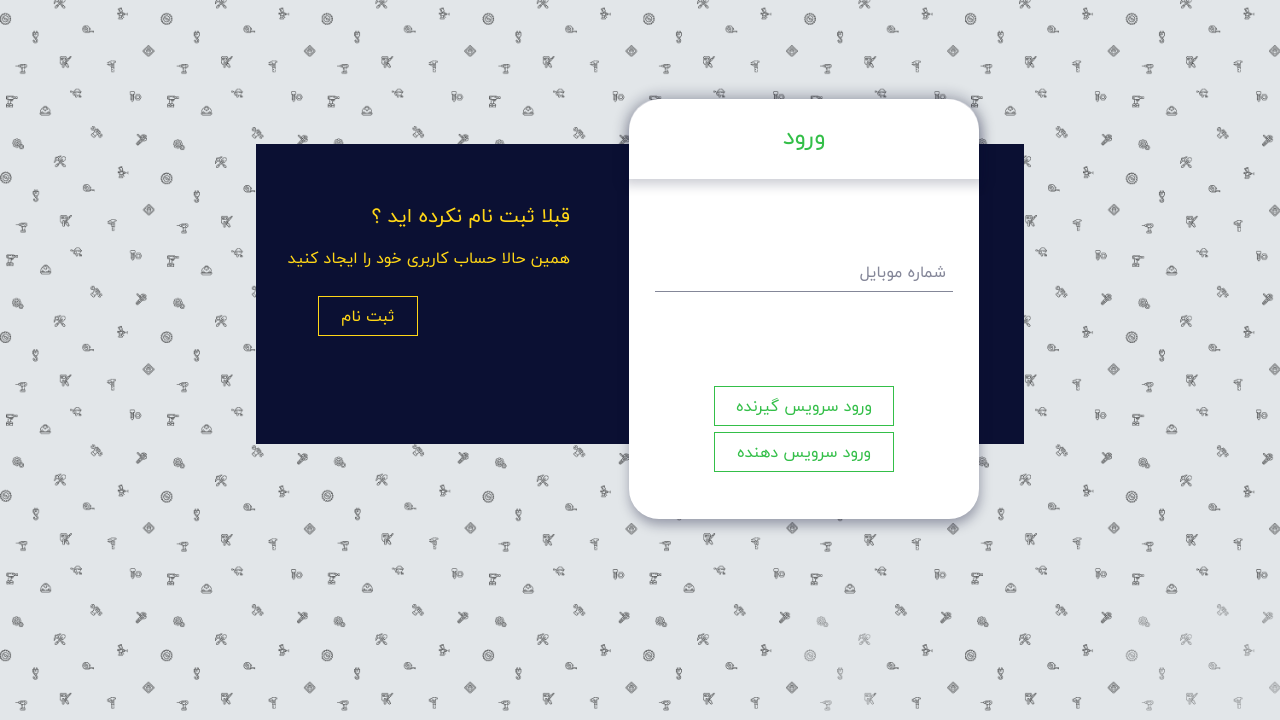
Repository: nightwolf-041/pisheyar-panel-user
Page: /
An editor plug-in stored every save of this project. The page is shown before and after the next save, followed by the edit.
The browser window is 1280 px wide. The pictures show the whole page.
The page's requests for data from a server got no answer. The project was rebuilt for these pictures with package versions that can differ from the ones it lists, and the page was loaded fresh each time. No one was signed in, and anything a server would have sent is missing. Also part of the build but not shown: src/components/login/RegisterBoxSteps.jsx.

Above is the page before, as saved 2020-05-20 11:53:37.

### src/index.css
@font-face {
    font-family: Yekan;
    src: url('./assets/fonts/iran-yekan/iranyekan.woff')
}

*,
* * {
    font-family: Yekan !important;
}

body {
    margin: 0 auto;
    font-family: Yekan !important;
    overflow-x: hidden !important;
    overflow-y: hidden !important;
}

code {
    font-family: source-code-pro, Menlo, Monaco, Consolas, 'Courier New', monospace;
}

### src/App.css
@font-face {
    font-family: Yekan;
    src: url('./assets/fonts/iran-yekan/iranyekan.woff')
}

*,
* * {
    font-family: Yekan !important;
}

.Toastify__toast-body {
    text-align: right !important;
}

.react-code-input input {
    padding: 0 !important;
    text-align: center !important;
    font-size: 1.2rem !important;
}

.lds-dual-ring {
    display: flex;
    justify-content: center;
    align-items: center;
    width: 150px;
    height: 150px;
    position: fixed;
    top: 30%;
    left: calc(50% - 75px);
    transform: translateZ(0);
    -webkit-transform: translateZ(0);
    -ms-transform: translateZ(0);
    -o-transform: translateZ(0);
}

.lds-dual-ring:after {
    content: " ";
    display: block;
    width: 64px;
    height: 64px;
    margin: 8px;
    border-radius: 50%;
    border: 6px solid #fff;
    border-color: #0b1033 transparent #ffd617 transparent;
    animation: lds-dual-ring 1.2s linear infinite;
    -webkit-animation: lds-dual-ring 1.2s linear infinite;
    -moz-animation: lds-dual-ring 1.2s linear infinite;
    -o-animation: lds-dual-ring 1.2s linear infinite;
}

@keyframes lds-dual-ring {
    0% {
        transform: rotate(0deg);
    }
    100% {
        transform: rotate(360deg);
    }
}

@-webkit-keyframes lds-dual-ring {
    0% {
        transform: rotate(0deg);
    }
    100% {
        transform: rotate(360deg);
    }
}

@-moz-keyframes lds-dual-ring {
    0% {
        transform: rotate(0deg);
    }
    100% {
        transform: rotate(360deg);
    }
}

@-o-keyframes lds-dual-ring {
    0% {
        transform: rotate(0deg);
    }
    100% {
        transform: rotate(360deg);
    }
}

### src/components/login/login.module.css
button:disabled {
    cursor: no-drop !important;
}

button {
    cursor: pointer;
}

::placeholder {
    color: rgba(11, 16, 51, 0.5);
}

.loginKeeper {
    position: relative;
    width: 100%;
    height: 100vh;
    background-color: #1730491f;
    background-image: url('../../assets/images/WideBackgroundFooter.svg');
    background-position: center;
    background-size: cover;
    display: flex;
    justify-content: center;
    align-items: center;
    overflow: hidden;
}

.loginPageMain {
    position: relative;
    width: 100vw;
    height: 100vh;
}

.loginRegisterSwitch {
    position: relative;
    top: 20%;
    width: 60%;
    max-width: 900px;
    display: block;
    margin-right: auto;
    margin-left: auto;
    height: 300px;
    background-color: #0b1033 !important;
    transition: 0.4s all ease;
}

.registerSideBox {
    position: absolute;
    top: 20%;
    left: 0;
    width: 360px;
    opacity: 1;
    transition: 1s opacity ease;
}

.registerSideBoxHidden {
    position: absolute;
    top: 20%;
    left: 0;
    width: 360px;
    opacity: 0;
    transition: 0.6s opacity ease;
}

.registerboxHead {
    text-align: right;
    color: #ffd617;
    padding-bottom: 10px;
}

.registerboxDesc {
    text-align: right;
    color: #ffd617;
}

.registerboxButton {
    position: absolute;
    left: 30%;
    margin-top: 10px;
    width: 100px;
    padding: 7px 15px;
    color: #ffd617;
    background: none;
    outline: none;
    border: 1px solid #ffd617;
    transition: 0.3s all ease;
}

.registerboxButton:before {
    position: absolute;
    top: 0;
    right: 0;
    width: 0;
    height: 100%;
    background-color: #ffd617;
    content: '';
    transition: 0.3s all ease;
}

.registerboxButton:hover {
    color: #0b1033 !important;
    z-index: 1 !important;
}

.registerboxButton:hover:before {
    width: 100%;
    z-index: -1;
}

.loginSideBox {
    position: absolute;
    top: 20%;
    right: 10%;
    width: 360px;
    opacity: 1;
    transition: 0.6s opacity ease;
}

.loginSideBoxHidden {
    position: absolute;
    top: 20%;
    right: 10%;
    width: 360px;
    opacity: 0;
    transition: 0.6s opacity ease;
}

.loginboxHead {
    text-align: right;
    color: #ffd617;
    padding-bottom: 10px;
}

.loginboxDesc {
    text-align: right;
    color: #ffd617;
}

.loginboxButton {
    position: absolute;
    right: 5%;
    width: 100px;
    margin-top: 10px;
    padding: 7px 15px;
    color: #ffd617;
    background: none;
    outline: none;
    border: 1px solid #ffd617;
    transition: 0.3s all ease;
}

.loginboxButton:before {
    position: absolute;
    top: 0;
    left: 0;
    width: 0;
    height: 100%;
    background-color: #ffd617;
    content: '';
    transition: 0.3s all ease;
}

.loginboxButton:hover {
    color: #0b1033 !important;
    z-index: 1 !important;
}

.loginboxButton:hover:before {
    width: 100%;
    z-index: -1;
}

.loginRegisterLoginBox {
    transition: 0.5s all ease;
    position: absolute;
    top: -15%;
    right: 45px;
    width: 350px;
    height: 420px;
    background-color: #fff;
    border-radius: 30px;
    box-shadow: 1px 6px 12px #0b103357;
}

.loginRegisterLoginHead {
    position: absolute;
    top: 0;
    width: 100%;
    height: 5rem;
    padding-top: 1.5rem;
    box-shadow: 0 0 12px 6px rgba(11, 16, 51, 0.2);
    display: flex;
    justify-content: center;
    border-top-left-radius: 2rem;
    border-top-right-radius: 2rem;
    color: #34bf49;
}

.loginRegisterLoginForm {
    position: absolute;
    top: 30%;
    width: 100%;
    height: 115px;
    display: flex;
    flex-direction: column;
    justify-content: center;
    align-content: center;
    align-items: center;
}

.loginRegisterLoginPhoneNumber,
.loginRegisterLoginPhoneNumberInvalid {
    width: 85%;
    padding: 7px 7px;
    margin-bottom: 20px;
    border: none;
    outline: none;
    direction: rtl;
}

.loginRegisterLoginPhoneNumber {
    border-bottom: 1px solid rgba(11, 16, 51, 0.5);
}

.loginRegisterLoginPhoneNumberInvalid {
    border-bottom: 1px solid #e57373;
}

.loginRegisterLoginPhoneNumber:focus::placeholder,
.loginRegisterLoginPhoneNumberInvalid:focus::placeholder {
    visibility: hidden;
}

.loginMobileErrorSpan {
    margin-top: -12px;
    padding-right: 15px;
    font-size: 13px;
    color: #f44336;
    width: 94%;
    display: flex;
    justify-content: flex-end;
}

.loginRegisterLoginButton {
    position: absolute;
    top: 180%;
    right: calc(50% - 90px);
    padding: 7px 15px;
    width: 180px;
    background: none;
    outline: none;
    color: #34bf49;
    border: 1px solid #34bf49;
}

.loginRegisterLoginButtonByer {
    position: absolute;
    top: 140%;
    left: calc(50% - 90px);
    padding: 7px 15px;
    width: 180px;
    background: none;
    outline: none;
    color: #34bf49;
    border: 1px solid #34bf49;
}

.loginRegisterLoginButtonByer::before,
.loginRegisterLoginButton::before {
    position: absolute;
    top: 0;
    left: 0;
    width: 100%;
    height: 0;
    background-color: #34bf49;
    content: '';
    transition: 0.3s all ease;
}

.loginRegisterLoginButtonByer:hover,
.loginRegisterLoginButton:hover {
    color: #fff !important;
    z-index: 1 !important;
}

.loginRegisterLoginButtonByer:hover::before,
.loginRegisterLoginButton:hover::before {
    height: 100%;
    z-index: -1;
}

.loginRegisterRegisterBox {
    transition: 0.5s all ease;
    position: absolute;
    top: -30%;
    right: calc(100% - 400px);
    width: 350px;
    height: 530px;
    background-color: #fff;
    border-radius: 30px;
    box-shadow: 1px 6px 12px #0b103357;
    margin-bottom: 1rem;
    margin-top: 1rem;
}

.loginRegisterRegisterBoxMinHeight {
    transition: 0.5s all ease;
    position: absolute;
    top: -15%;
    right: calc(100% - 400px);
    width: 350px;
    height: 420px;
    background-color: #fff;
    border-radius: 30px;
    box-shadow: 1px 6px 12px #0b103357;
    margin-bottom: 1rem;
    margin-top: 1rem;
}

.loginRegisterRegisterHead {
    position: absolute;
    top: 0;
    width: 100%;
    height: 5rem;
    padding-top: 2rem;
    box-shadow: 0 1px 12px 6px rgba(3, 3, 5, 0.2);
    display: flex;
    justify-content: center;
    border-top-left-radius: 2rem;
    border-top-right-radius: 2rem;
    color: #34bf49;
}

.loginRegisterRegisterForm {
    position: absolute;
    top: 25%;
    width: 100%;
    height: 280px;
    display: flex;
    flex-direction: column;
    justify-content: center;
    align-content: center;
    align-items: center;
}

.loginRegisterRegisterName,
.loginRegisterRegisterNameInvalid {
    width: 85%;
    padding: 7px 7px;
    margin-bottom: 20px;
    color: rgba(11, 16, 51, 0.95);
    border: none;
    outline: none;
    direction: rtl;
}

.loginRegisterRegisterName {
    border-bottom: 1px solid rgba(11, 16, 51, 0.5);
}

.loginRegisterRegisterNameInvalid {
    border-bottom: 1px solid #e57373;
}

.loginRegisterRegisterName:focus::placeholder,
.loginRegisterRegisterNameInvalid:focus::placeholder {
    visibility: hidden;
}

.registerNameErrorSpan {
    margin-top: -13px;
    padding-right: 15px;
    font-size: 12px;
    color: #f44336;
    width: 94%;
    display: flex;
    justify-content: flex-end;
}

.loginRegisterRegisterFamily,
.loginRegisterRegisterFamilyInvalid {
    width: 85%;
    padding: 7px 7px;
    margin-bottom: 20px;
    color: rgba(11, 16, 51, 0.95);
    border: none;
    outline: none;
    direction: rtl;
}

.loginRegisterRegisterFamily {
    border-bottom: 1px solid rgba(11, 16, 51, 0.5);
}

.loginRegisterRegisterFamilyInvalid {
    border-bottom: 1px solid #e57373;
}

.loginRegisterRegisterFamily:focus::placeholder,
.loginRegisterRegisterFamilyInvalid:focus::placeholder {
    visibility: hidden;
}

.registerFamilyErrorSpan {
    margin-top: -13px;
    padding-right: 15px;
    font-size: 12px;
    color: #f44336;
    width: 94%;
    display: flex;
    justify-content: flex-end;
}

.registerCityErrorSpan {
    margin-top: -13px;
    padding-right: 15px;
    font-size: 12px;
    color: #f44336;
    width: 94%;
    display: flex;
    justify-content: flex-end;
}

.loginRegisterRegisterSelectsbox {
    width: 85%;
    display: flex;
    flex-direction: row-reverse;
    justify-content: space-between;
    align-items: center;
    margin-bottom: 10px;
}

.loginRegisterRegisterSelectContry,
.loginRegisterRegisterSelectCity {
    height: 2.1rem;
    display: flex;
    justify-content: center;
    align-items: center;
    direction: rtl;
    width: 45%;
    background: none;
    border-bottom: 1px solid rgba(11, 16, 51, 0.5);
    outline: none;
    padding: 0.4rem 0.7rem;
    margin-top: 0.5rem;
    margin-bottom: 0.5rem;
    color: rgba(11, 16, 51, 0.95);
}

.loginRegisterRegisterSelectContryInvalid,
.loginRegisterRegisterSelectCityInvalid {
    height: 2.1rem;
    display: flex;
    justify-content: center;
    align-items: center;
    direction: rtl;
    width: 45%;
    background: none;
    border-bottom: 1px solid #e57373;
    outline: none;
    padding: 0.4rem 0.7rem;
    margin-top: 0.5rem;
    margin-bottom: 0.5rem;
    color: rgba(11, 16, 51, 0.95);
}

.loginRegisterRegisterSelectGender {
    height: 2.1rem;
    display: flex;
    justify-content: center;
    align-items: center;
    direction: rtl;
    width: 85%;
    background: none;
    border-bottom: 1px solid rgba(11, 16, 51, 0.5);
    outline: none;
    padding: 0.4rem 0.7rem;
    margin-top: 0.5rem;
    margin-bottom: 0.5rem;
    color: rgba(11, 16, 51, 0.95);
    margin-bottom: 20px;
}

.loginRegisterRegisterPhoneNumber,
.loginRegisterRegisterPhoneNumberInvalid {
    width: 85%;
    padding: 7px 7px;
    margin-bottom: 20px;
    color: rgba(11, 16, 51, 0.95);
    border: none;
    outline: none;
    direction: rtl;
}

.loginRegisterRegisterPhoneNumber {
    border-bottom: 1px solid rgba(11, 16, 51, 0.5);
}

.loginRegisterRegisterPhoneNumberInvalid {
    border-bottom: 1px solid #e57373;
}

.loginRegisterRegisterPhoneNumber:focus::placeholder,
.loginRegisterRegisterPhoneNumberInvalid:focus::placeholder {
    visibility: hidden;
}

.registerPhoneNumberErrorSpan {
    margin-top: -13px;
    padding-right: 15px;
    font-size: 12px;
    color: #f44336;
    width: 94%;
    display: flex;
    justify-content: flex-end;
}

.registerStep2CodeInput,
.registerStep2CodeInputInvalid {
    width: 85%;
    padding: 7px 7px;
    margin-bottom: 20px;
    border: none;
    outline: none;
    direction: rtl;
}

.registerStep2CodeInput {
    border-bottom: 1px solid rgba(11, 16, 51, 0.5);
}

.registerStep2CodeInputInvalid {
    border-bottom: 1px solid #e57373;
}

.registerStep2CodeInput:focus::placeholder,
.registerStep2CodeInputInvalid:focus::placeholder {
    visibility: hidden;
}

.registerStep2CodeErrorSpan {
    margin-top: -13px;
    padding-right: 15px;
    font-size: 14px;
    color: #f44336;
    width: 94%;
    display: flex;
    justify-content: flex-end;
}

.loginRegisterRegisterButton {
    position: absolute;
    top: 115%;
    right: calc(50% - 90px);
    padding: 7px 15px;
    width: 180px;
    background: none;
    outline: none;
    color: #34bf49;
    border: 1px solid #34bf49;
}

.loginRegisterRegisterButton:before {
    position: absolute;
    bottom: 0;
    left: 0;
    width: 100%;
    height: 0;
    background-color: #34bf49;
    content: '';
    transition: 0.3s all ease;
}

.loginRegisterRegisterButton:hover {
    color: #fff !important;
    z-index: 1 !important;
}

.loginRegisterRegisterButton:hover:before {
    height: 100%;
    z-index: -1;
}


/* step2 btns */

.registerStep2Buttonsbox {
    position: absolute;
    top: 170%;
    right: 0;
    width: 100%;
    display: flex;
    flex-direction: row-reverse;
    justify-content: space-around;
    align-items: center;
}

.registerStep2Button {
    position: relative;
    padding: 7px 10px;
    width: 100px;
    background: none;
    outline: none;
    color: #34bf49;
    border: 1px solid #34bf49;
}

.registerStep2Button:before {
    position: absolute;
    bottom: 0;
    left: 0;
    width: 100%;
    height: 0;
    background-color: #34bf49;
    content: '';
    transition: 0.3s all ease;
}

.registerStep2Button:hover {
    color: #fff !important;
    z-index: 1 !important;
}

.registerStep2Button:hover:before {
    height: 100%;
    z-index: -1;
}

.registerStep2BackButton {
    position: relative;
    padding: 7px 10px;
    width: 100px;
    background: none;
    outline: none;
    color: #f44336;
    border: 1px solid #f44336;
}

.registerStep2BackButton:before {
    position: absolute;
    bottom: 0;
    left: 0;
    width: 100%;
    height: 0;
    background-color: #f44336;
    content: '';
    transition: 0.3s all ease;
}

.registerStep2BackButton:hover {
    color: #fff !important;
    z-index: 1 !important;
}

.registerStep2BackButton:hover:before {
    height: 100%;
    z-index: -1;
}


/* login step2 btns  */

.loginStep2Button {
    position: relative;
    padding: 7px 10px;
    width: 100px;
    background: none;
    outline: none;
    color: #34bf49;
    border: 1px solid #34bf49;
}

.loginStep2Button:before {
    position: absolute;
    top: 0;
    left: 0;
    width: 100%;
    height: 0;
    background-color: #34bf49;
    content: '';
    transition: 0.3s all ease;
}

.loginStep2Button:hover {
    color: #fff !important;
    z-index: 1 !important;
}

.loginStep2Button:hover:before {
    height: 100%;
    z-index: -1;
}

.loginStep2BackButton {
    position: relative;
    padding: 7px 10px;
    width: 100px;
    background: none;
    outline: none;
    color: #f44336;
    border: 1px solid #f44336;
}

.loginStep2BackButton:before {
    position: absolute;
    top: 0;
    left: 0;
    width: 100%;
    height: 0;
    background-color: #f44336;
    content: '';
    transition: 0.3s all ease;
}

.loginStep2BackButton:hover {
    color: #fff !important;
    z-index: 1 !important;
}

.loginStep2BackButton:hover:before {
    height: 100%;
    z-index: -1;
}

.registerAlerts {
    position: absolute;
    top: -40%;
    left: 0;
    width: 100%;
    height: 0;
    text-align: center;
    z-index: 15;
}

.registerAlerts p,
.registerAlerts h4 {
    color: #fff;
    font-size: 18px;
    padding-bottom: 15px;
    text-align: center;
}

.registerAlerts span {
    color: #fff;
    font-size: 17px;
    padding-bottom: 15px;
    text-align: center;
}

.loginAlerts {
    position: absolute;
    top: -40%;
    left: 0;
    width: 100%;
    height: 0;
    text-align: center;
    z-index: 15;
}

.loginAlerts p,
.loginAlerts h4 {
    color: #fff;
    font-size: 18px;
    padding-bottom: 15px;
    text-align: center;
}

.loginAlerts span {
    color: #fff;
    font-size: 17px;
    padding-bottom: 15px;
    text-align: center;
}

.loginShowHidePasswordIcon {
    width: 27px;
    height: 27px;
    position: absolute;
    top: 60%;
    right: 10%;
}

.registerShowHidePasswordIcon {
    width: 27px;
    height: 27px;
    position: absolute;
    top: 53%;
    right: 10%;
}

.registerShowHideRepasswordIcon {
    width: 27px;
    height: 27px;
    position: absolute;
    bottom: 9%;
    right: 10%;
}

.registerShowHideRepasswordIconInvalid {
    width: 27px;
    height: 27px;
    position: absolute;
    bottom: 5%;
    right: 10%;
}

.timerBox {
    margin-bottom: -50px;
    margin-top: 20px;
    color: #f44336;
}

@media screen and (max-width: 1330px) {
    .registerSideBox {
        left: -6%;
    }
    .registerSideBoxHidden {
        left: -6%;
    }
    .loginSideBox {
        right: 4%;
    }
    .loginSideBoxHidden {
        right: 4%;
    }
}

@media screen and (max-width: 1220px) {
    .loginRegisterSwitch {
        width: 70%;
    }
}

@media screen and (max-width: 1060px) {
    .loginRegisterSwitch {
        width: 80%;
    }
}

@media screen and (max-width: 930px) {
    .loginRegisterSwitch {
        width: 90%;
    }
}

@media screen and (max-width: 850px) {
    .registerSideBox {
        left: -11%;
    }
    .registerSideBoxHidden {
        left: -11%;
    }
    .registerboxHead {
        font-size: 16px;
    }
    .registerboxDesc {
        font-size: 14px;
    }
    .registerboxButton {
        left: 40%;
    }
    .loginboxHead {
        font-size: 16px;
    }
    .loginboxDesc {
        font-size: 14px;
    }
}

@media screen and (max-width: 780px) {
    .loginRegisterRegisterBox {
        right: calc(100% - 350px);
        width: 300px;
        height: 530px;
    }
    .loginRegisterRegisterBoxMinHeight {
        right: calc(100% - 350px);
        width: 300px;
        height: 420px;
    }
    .loginRegisterLoginBox {
        width: 300px;
        height: 400px;
    }
    .loginRegisterLoginButton {
        width: 160px;
        left: calc(50% - 80px);
        top: 130%;
    }
    .loginRegisterLoginButtonByer {
        width: 160px;
        left: calc(50% - 80px);
        top: 170%;
    }
}

@media screen and (max-width: 730px) {
    .loginPageMain {
        height: 120vh;
    }
    .loginRegisterSwitch {
        width: 350px;
        top: 20%;
        height: 500px;
        /* margin-bottom: 20rem; */
    }
    .loginRegisterLoginBox {
        top: -20%;
        right: 25px;
    }
    .loginRegisterRegisterBox {
        right: 25px;
        top: 40%;
    }
    .loginRegisterRegisterBoxMinHeight {
        right: 25px;
        top: 40%;
    }
    .loginSideBox {
        width: 100%;
        top: 10%;
        left: 0;
        display: flex;
        flex-direction: column;
        align-items: center;
        right: 0;
    }
    .loginSideBoxHidden {
        width: 100%;
        top: 10%;
        left: 0;
        display: flex;
        flex-direction: column;
        align-items: center;
        right: 0;
    }
    .loginboxButton {
        left: calc(50% - 50px);
        width: 100px;
        margin-top: 5rem;
    }
    .registerSideBox {
        width: 100%;
        top: 67%;
        left: 0;
        display: flex;
        flex-direction: column;
        align-items: center;
        right: 0;
    }
    .registerSideBoxHidden {
        width: 100%;
        top: 67%;
        left: 0;
        display: flex;
        flex-direction: column;
        align-items: center;
        right: 0;
    }
    .registerboxButton {
        left: calc(50% - 50px);
        width: 100px;
        margin-top: 5rem;
    }
}

@media screen and (max-width: 375px) {
    .loginRegisterSwitch {
        width: 300px;
        top: 15%;
        height: 550px;
        margin-bottom: 14rem;
    }
    .loginRegisterRegisterBox {
        right: 48%;
        width: 280px;
        height: 530px;
    }
    .loginRegisterRegisterBoxMinHeight {
        right: 10px;
        width: 280px;
        height: 410px;
    }
    .loginRegisterLoginBox {
        top: -12%;
        width: 280px;
        height: 390px;
        right: 10px;
    }
    .loginRegisterRegisterBox {
        right: 10px;
        top: 40%;
    }
}

@media screen and (max-width: 315px) {
    .loginRegisterSwitch {
        width: 260px;
        top: 10%;
        height: 500px;
    }
    .loginRegisterRegisterBox {
        right: 48%;
        width: 250px;
        height: 530px;
    }
    .loginRegisterRegisterBoxMinHeight {
        right: 48%;
        width: 250px;
        height: 410px;
    }
    .loginRegisterLoginBox {
        width: 250px;
        height: 360px;
    }
    .loginRegisterLoginBox {
        right: 5px;
    }
    .loginRegisterRegisterBox {
        right: 5px;
        top: 40%;
    }
    .registerboxHead {
        font-size: 14px;
    }
    .registerboxDesc {
        font-size: 12px;
    }
    .loginboxHead {
        font-size: 14px;
    }
    .loginboxDesc {
        font-size: 12px;
    }
}

Loaded but not shown: public/index.html (common file); src/serviceWorker.js (common file); src/App.js (45 lines, source omitted); src/index.js (23 lines, source omitted); src/components/login/Login.jsx (746 lines, source omitted); src/components/login/LoginBixSteps.jsx (85 lines, source omitted)

After the next save:
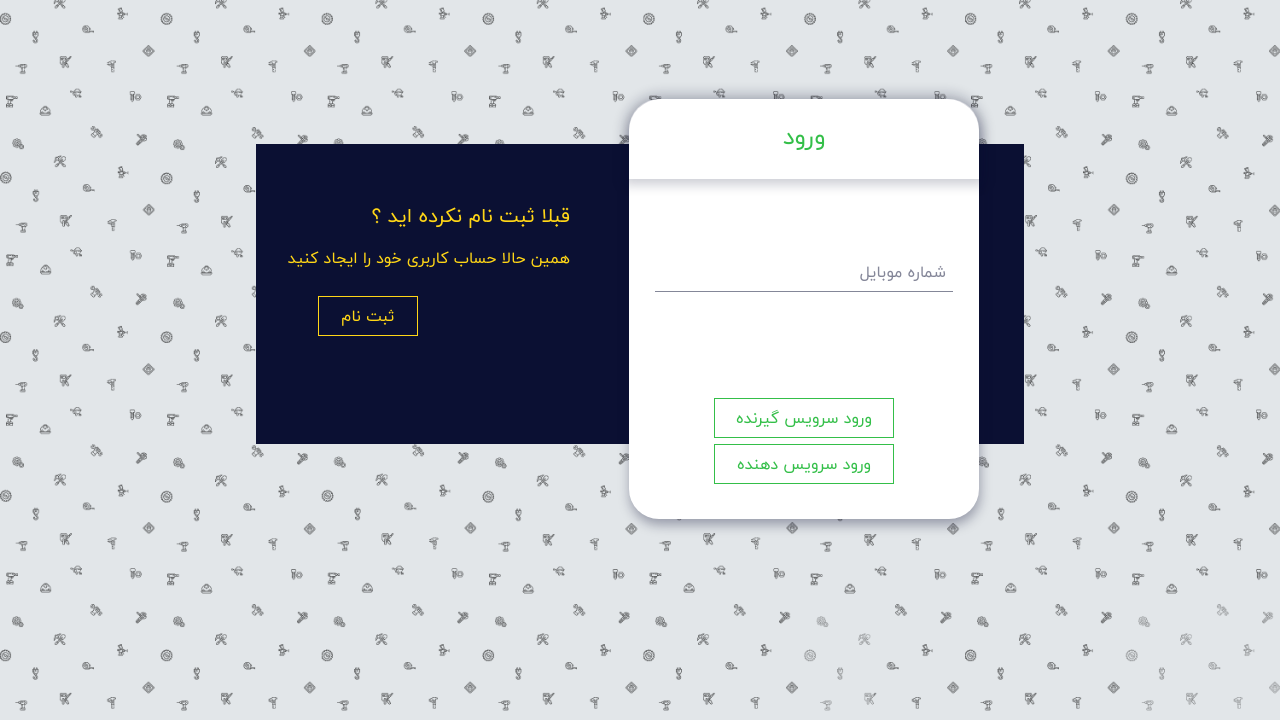
Saved 94 s later.
--- a/src/components/login/login.module.css
+++ b/src/components/login/login.module.css
@@ -242,7 +242,7 @@ button {
 
 .loginRegisterLoginButton {
     position: absolute;
-    top: 180%;
+    top: 190%;
     right: calc(50% - 90px);
     padding: 7px 15px;
     width: 180px;
@@ -254,7 +254,7 @@ button {
 
 .loginRegisterLoginButtonByer {
     position: absolute;
-    top: 140%;
+    top: 150%;
     left: calc(50% - 90px);
     padding: 7px 15px;
     width: 180px;
